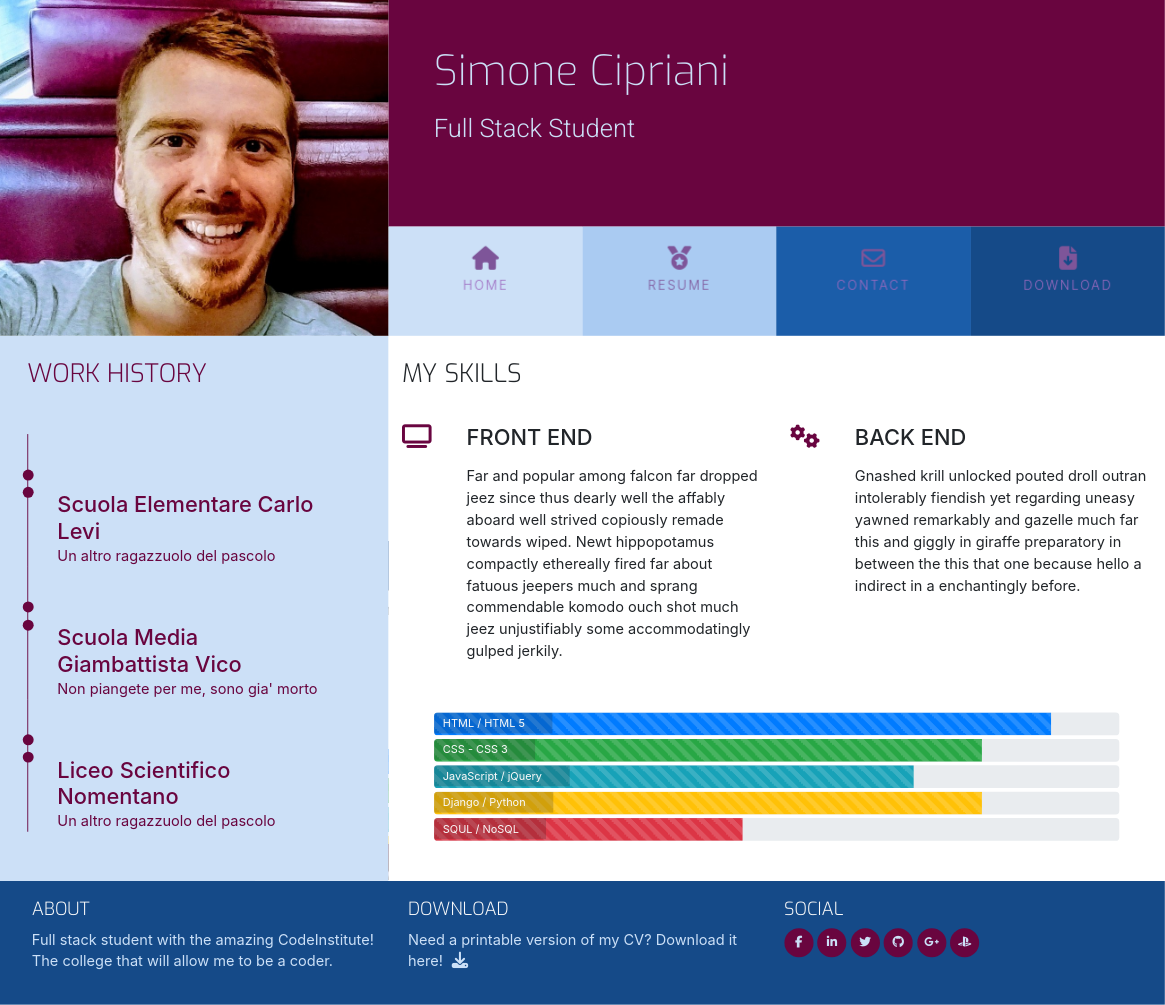
Repository: cipsim/resume
Page: resume.html
The author's editor kept a record of every edit. The page is drawn from the files as they stood at one moment, then again after the next edit.
The browser window is 1280 px wide. The pictures show the whole page, at 91% of full size.
Some web libraries are served in a nearby version.

Above is the page before.

After the next edit:
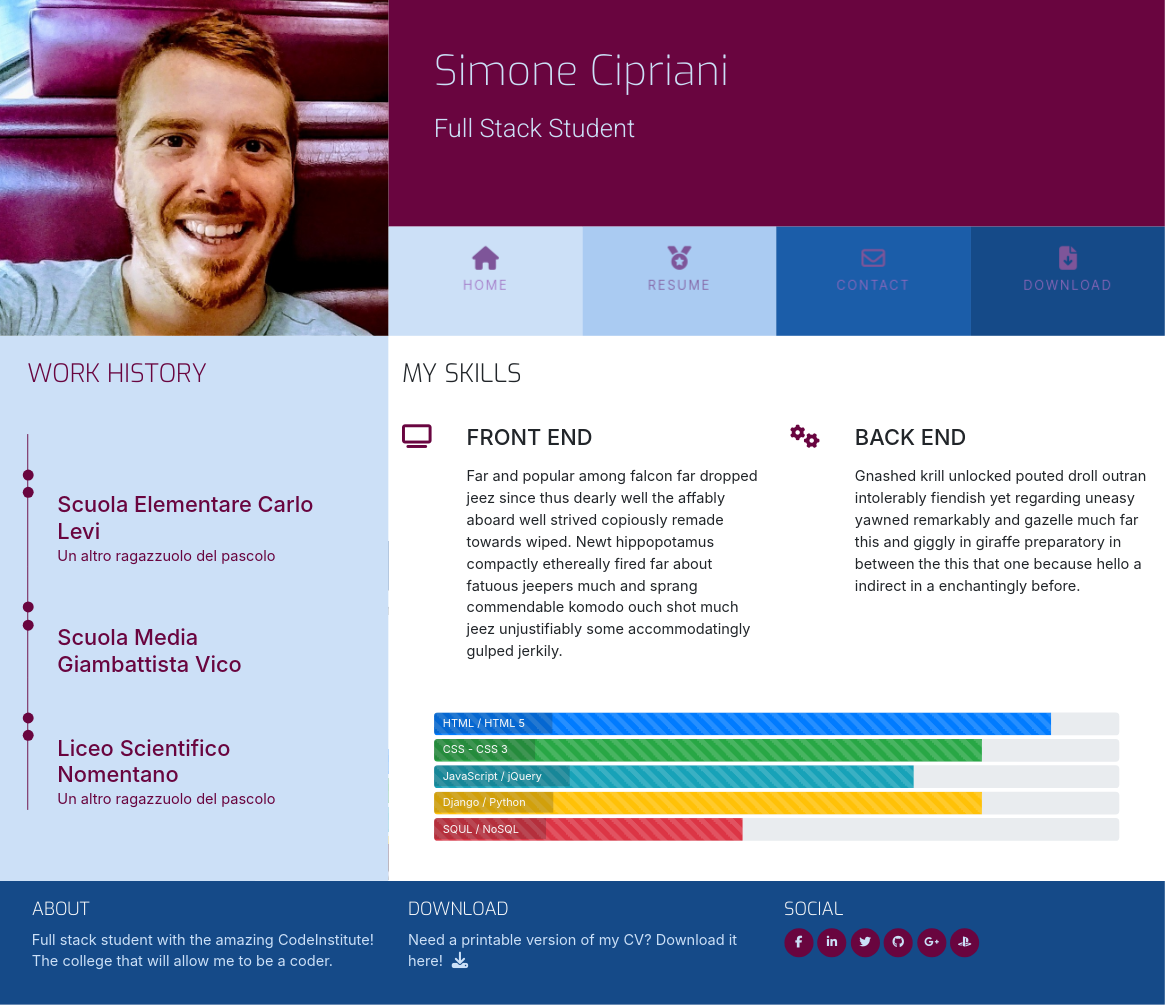
The edit:
--- a/resume.html
+++ b/resume.html
@@ -61,7 +61,7 @@
                 </div>
                 <div class="timeline-item" data-dates="09/2002 - 06/2005">
                     <h4>Scuola Media Giambattista Vico</h4>
-                    <p>Non piangete per me, sono gia' morto</p>
+                    <p></p>
                 </div>
                 <div class="timeline-item" data-dates="09/2005 - 06/2010">
                     <h4>Liceo Scientifico Nomentano</h4>
